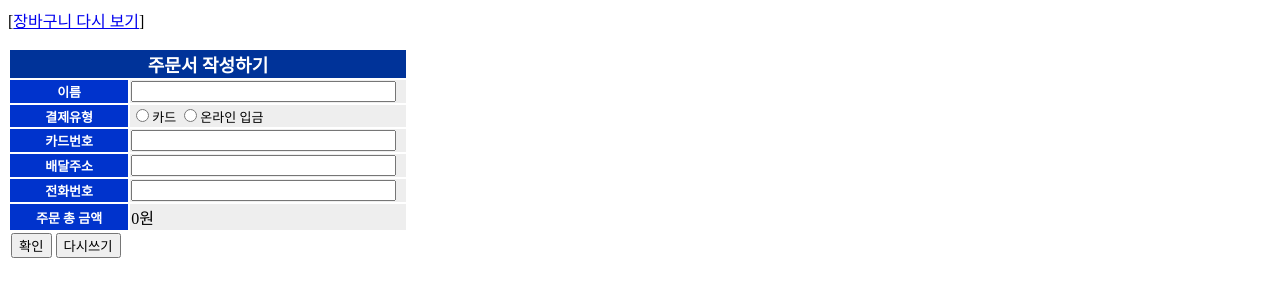
Repository: severrepair/JSPproject
Page: http://localhost/Shop/order.jsp?total=0&count=0
An editor plug-in stored every save of this project. The page is shown before and after the next save, followed by the edit.
The browser window is 1280 px wide. The pictures show the whole page.
The page is served by Tomcat 9.

Above is the page before, as saved 2022-12-03 06:06:31.

### Shop/src/main/webapp/order.jsp
<%@ page contentType="text/html; charset=UTF-8" pageEncoding="UTF-8" %>
<%@ page language="java" import="java.text.*" %>
<% request.setCharacterEncoding("UTF-8"); %>

<%
	int total=Integer.parseInt(request.getParameter("total"));
	int count=Integer.parseInt(request.getParameter("count"));

	NumberFormat nf = NumberFormat.getNumberInstance();
	String totalstr = nf.format(total);

%>
<HTML>
<HEAD>
<SCRIPT language="javascript">
	function check(f){
		blank = false;
		for(i=0; i<f.elements.length; i++){
			if(f.elements[i].value==""){
				if(f.elements[i].name != "number")
					blank=true;
				if((f.elements[i].name=="number") && (f.pay.value=="card"))
					blank=true;
			}
		}

		if(blank==true)
			alert("모든 항목을 입력하셔야 합니다.");
		else
			f.submit()
	}
</SCRIPT>
</HEAD>

<BODY>
<P>
[<A href="sale_list.jsp">장바구니 다시 보기</A>]
<FORM method=post action="order_save.jsp">
<TABLE border=0 width=400>
	<TR>
		<TH bgcolor=#003399 colspan=2>
			<FONT size=+1 color=white>주문서 작성하기</FONT>
		</TH>
	</TR>
	<TR>
		<TH width=30% bgcolor=#0033cc>
			<FONT size=-1 color=white>이름</FONT>
		</TH>
		<TD bgcolor=#eeeeee>
			<INPUT type=text name=wname size=30>
		</TD>
	</TR>

	<TR>
		<TH width=30% bgcolor=#0033cc>
			<FONT size=-1 color=white>결제유형</FONT>
		</TH>
		<TD bgcolor=#eeeeee>
			<FONT size=-1>
				<INPUT type=radio name=pay value="card">카드
				<INPUT type=radio name=pay value="cash">온라인 입금
			</FONT>
		</TD>
	</TR>

	<TR>
		<TH width=30% bgcolor=#0033cc>
			<FONT size=-1 color=white>카드번호</FONT>
		</TH>
		<TD bgcolor=#eeeeee>
			<INPUT type=text name=number size=30>
		</TD>
	</TR>

	<TR>
		<TH width=30% bgcolor=#0033cc>
			<FONT size=-1 color=white>배달주소</FONT>
		</TH>
		<TD bgcolor=#eeeeee>
			<INPUT type=text name=addr size=30>
		</TD>
	</TR>

	<TR>
		<TH width=30% bgcolor=#0033cc>
			<FONT size=-1 color=white>전화번호</FONT>
		</TH>
		<TD bgcolor=#eeeeee>
			<INPUT type=text name=tel size=30>
		</TD>
	</TR>

	<TR>
		<TH width=30% bgcolor=#0033cc>
			<FONT size=-1 color=white>주문 총 금액</FONT>
		</TH>
		<TD bgcolor=#eeeeee>
			<%=totalstr%>원
		</TD>
	</TR>
	<TR>
		<TD colspan=2>
			<INPUT type=hidden name=total value=<%=total%>>
			<INPUT type=hidden name=count value=<%=count%>>
			<INPUT type=button value="확인" onClick="check(this.form)">
			<INPUT type=reset value="다시쓰기">
		</TD>
	</TR>
</TABLE>
</CENTER>
</FORM>
</BODY>
</HTML>

After the next save:
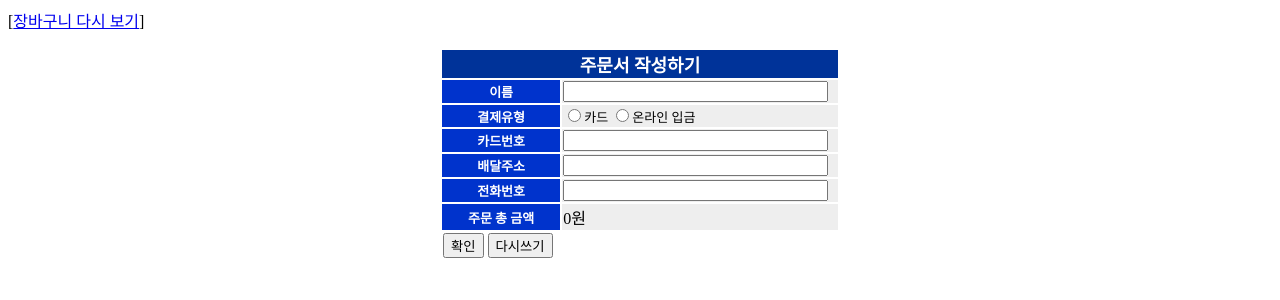
Saved 25 s later.
--- a/Shop/src/main/webapp/order.jsp
+++ b/Shop/src/main/webapp/order.jsp
@@ -36,6 +36,7 @@
 <P>
 [<A href="sale_list.jsp">장바구니 다시 보기</A>]
 <FORM method=post action="order_save.jsp">
+<CENTER>
 <TABLE border=0 width=400>
 	<TR>
 		<TH bgcolor=#003399 colspan=2>

After the save that followed:
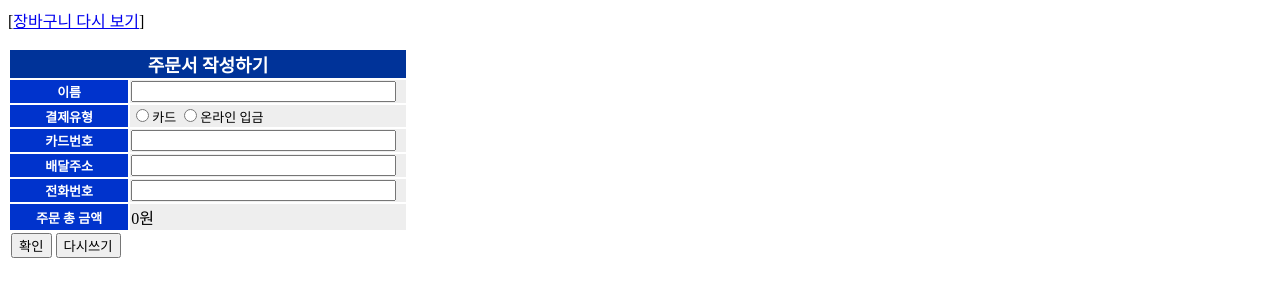
Saved 16 s later.
--- a/Shop/src/main/webapp/order.jsp
+++ b/Shop/src/main/webapp/order.jsp
@@ -36,7 +36,6 @@
 <P>
 [<A href="sale_list.jsp">장바구니 다시 보기</A>]
 <FORM method=post action="order_save.jsp">
-<CENTER>
 <TABLE border=0 width=400>
 	<TR>
 		<TH bgcolor=#003399 colspan=2>
